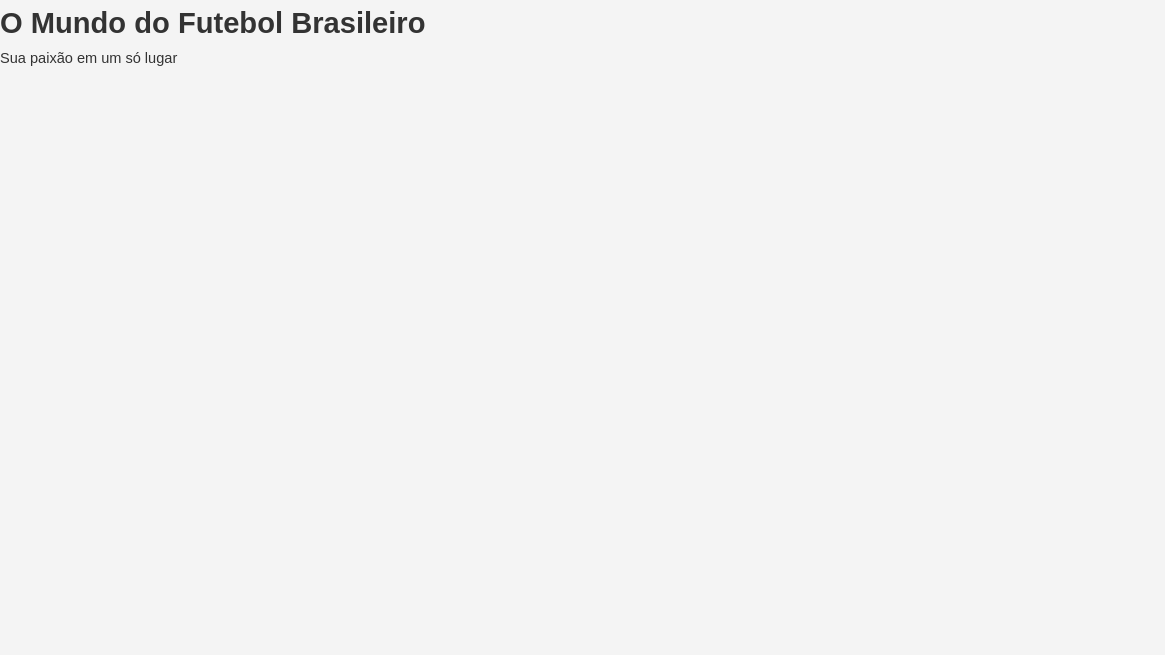
Repository: douglasabnovato/futebol-br
Page: index.html
These files come from the project's save history. The page is drawn as it stood at one moment and after the next save; the edit follows.
The browser window is 1280 px wide. The pictures show the whole page, at 91% of full size.

Above is the page before, as saved 2025-04-13 17:58:51.

### index.html
<!DOCTYPE html>
<html lang="en">
  <head>
    <meta charset="UTF-8" />
    <meta name="viewport" content="width=device-width, initial-scale=1.0" />
    <title>Futebol BR</title>
    <link rel="stylesheet" href="./style.css" />
  </head>
  <body>
    <header>
      <h1>O Mundo do Futebol Brasileiro</h1>
      <p>Sua paixão em um só lugar</p>
    </header>
    <section id="hero"></section>
    <footer></footer>
  </body>
</html>

### style.css
/* Reset básico e box-sizing */
*,
*::before,
*::after {
    box-sizing: border-box;
    margin: 0;
    padding: 0;
}

body {
    font-family: "Montserrat", sans-serif;
    background-color: #f4f4f4; /* Um tom de cinza mais claro */
    color: #333; /* Cor de texto padrão */
    line-height: 1.6;
}

/* Estilos gerais para o container */
.container {
    max-width: 1200px;
    margin: 0 auto;
    padding: 0 20px; /* Espaçamento nas laterais */
}

/* Estilos para o cabeçalho principal */
.main-header {
    background-color: #009933; /* Verde Brasil */
    color: white;
    padding: 20px 0;
}

.main-header .container {
    display: flex;
    justify-content: space-between;
    align-items: center;
}

.logo {
    font-size: 1.5rem;
    margin-bottom: 0;
}

/* Navegação principal */
.main-nav ul {
    list-style: none;
    display: flex;
}

.main-nav ul li {
    margin-left: 20px;
}

.main-nav ul li:first-child {
    margin-left: 0;
}

.main-nav a {
    color: white;
    text-decoration: none;
    padding: 10px;
    border-radius: 5px;
    transition: background-color 0.3s ease;
}

.main-nav a:hover {
    background-color: rgba(255, 255, 255, 0.1);
}

/* Seção Hero */
.hero {
    background-image: url("./assets/campo-futebol-torcida-1.jpg");
    background-size: cover;
    background-position: center;
    height: 400px; /* Altura inicial para mobile */
    display: flex;
    align-items: center;
    justify-content: center;
    color: white;
    text-align: center;
    padding: 20px;
}

.hero-content {
    max-width: 80%;
}

.hero h1 {
    font-size: 2rem;
    margin-bottom: 10px;
}

.hero p {
    font-size: 1.1rem;
}

/* Estilos gerais para as seções de conteúdo */
.section {
    padding: 40px 0;
}

.section h2 {
    font-size: 1.8rem;
    color: #009933;
    margin-bottom: 20px;
    text-align: center;
}

/* Rodapé */
.main-footer {
    background-color: #333;
    color: white;
    text-align: center;
    padding: 20px 0;
    font-size: 0.9rem;
}

.main-footer .container {
    padding: 0 20px;
}

/* Responsividade (Mobile First) */

/* Para telas maiores que 600px (tablets) */
@media (min-width: 600px) {
    .hero {
        height: 500px;
    }

    .hero h1 {
        font-size: 3rem;
    }

    .hero p {
        font-size: 1.3rem;
    }

    .section h2 {
        font-size: 2.2rem;
    }
}

/* Para telas maiores que 992px (desktops) */
@media (min-width: 992px) {
    .logo {
        font-size: 2rem;
    }

    .main-nav ul li {
        margin-left: 30px;
    }

    .main-nav a {
        padding: 15px;
    }
}

After the next save:
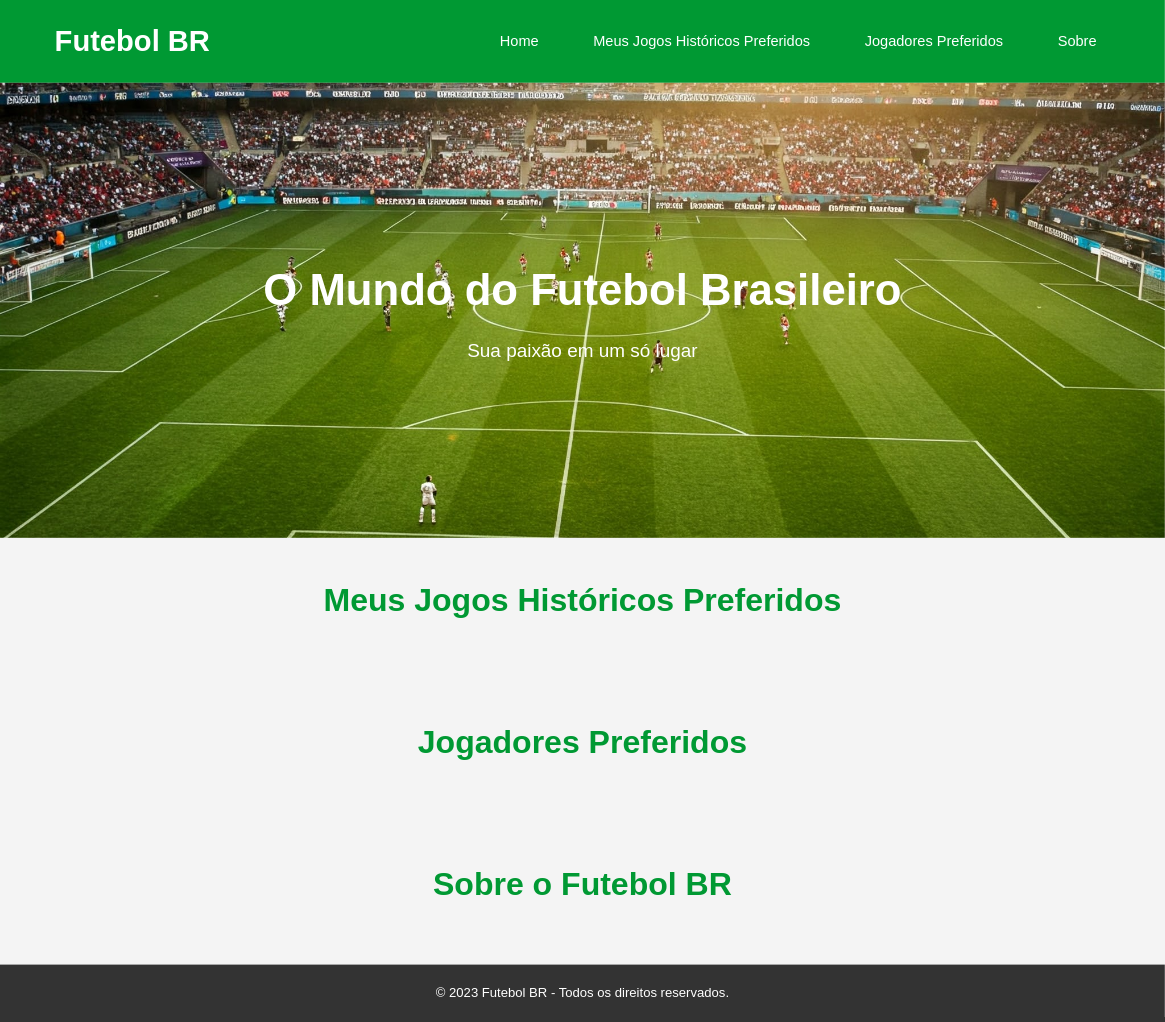
Not found: script.js
Saved 11 s later.
--- a/index.html
+++ b/index.html
@@ -1,17 +1,59 @@
 <!DOCTYPE html>
-<html lang="en">
-  <head>
-    <meta charset="UTF-8" />
-    <meta name="viewport" content="width=device-width, initial-scale=1.0" />
+<html lang="pt-BR">
+<head>
+    <meta charset="UTF-8">
+    <meta name="viewport" content="width=device-width, initial-scale=1.0">
     <title>Futebol BR</title>
-    <link rel="stylesheet" href="./style.css" />
-  </head>
-  <body>
-    <header>
-      <h1>O Mundo do Futebol Brasileiro</h1>
-      <p>Sua paixão em um só lugar</p>
+    <link rel="stylesheet" href="./style.css">
+</head>
+<body>
+    <header class="main-header">
+        <div class="container">
+            <h1 class="logo">Futebol BR</h1>
+            <nav class="main-nav">
+                <ul>
+                    <li><a href="#hero">Home</a></li>
+                    <li><a href="#historicos">Meus Jogos Históricos Preferidos</a></li>
+                    <li><a href="#jogadores">Jogadores Preferidos</a></li>
+                    <li><a href="#sobre">Sobre</a></li>
+                </ul>
+            </nav>
+        </div>
     </header>
-    <section id="hero"></section>
-    <footer></footer>
-  </body>
+
+    <main>
+        <section id="hero" class="hero">
+            <div class="hero-content">
+                <h1>O Mundo do Futebol Brasileiro</h1>
+                <p>Sua paixão em um só lugar</p>
+                </div>
+        </section>
+
+        <section id="historicos" class="section">
+            <div class="container">
+                <h2>Meus Jogos Históricos Preferidos</h2>
+                </div>
+        </section>
+
+        <section id="jogadores" class="section">
+            <div class="container">
+                <h2>Jogadores Preferidos</h2>
+                </div>
+        </section>
+
+        <section id="sobre" class="section">
+            <div class="container">
+                <h2>Sobre o Futebol BR</h2>
+                </div>
+        </section>
+    </main>
+
+    <footer class="main-footer">
+        <div class="container">
+            <p>&copy; 2023 Futebol BR - Todos os direitos reservados.</p>
+            </div>
+    </footer>
+
+    <script src="./script.js"></script>
+</body>
 </html>
